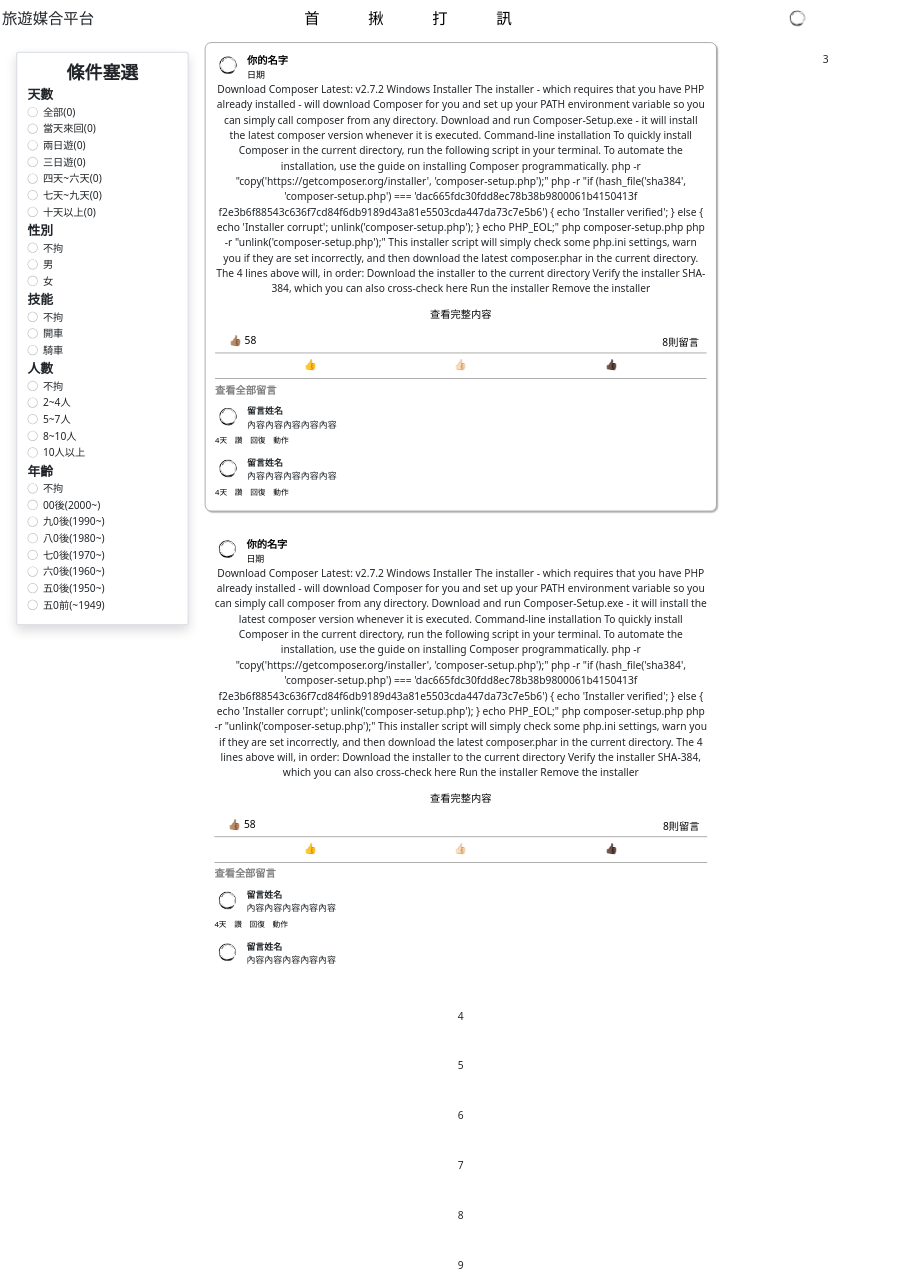
Repository: yuchiyang123/index_view
Page: http://localhost/
The author's editor kept a copy of each file at every save. The page is drawn from the files as they stood at one save, then again after the next save.
The browser window is 1280 px wide. The page is 1440 px wide, so the pictures cover 1440 px, including what lies to the right of the window. The pictures show the whole page, at 64% of full size.
The page is run by PHP 8.4 with error messages shown; the project is at /var/www/html/.

Above is the page before, as saved 2024-03-28 10:30:35.

After the next save:
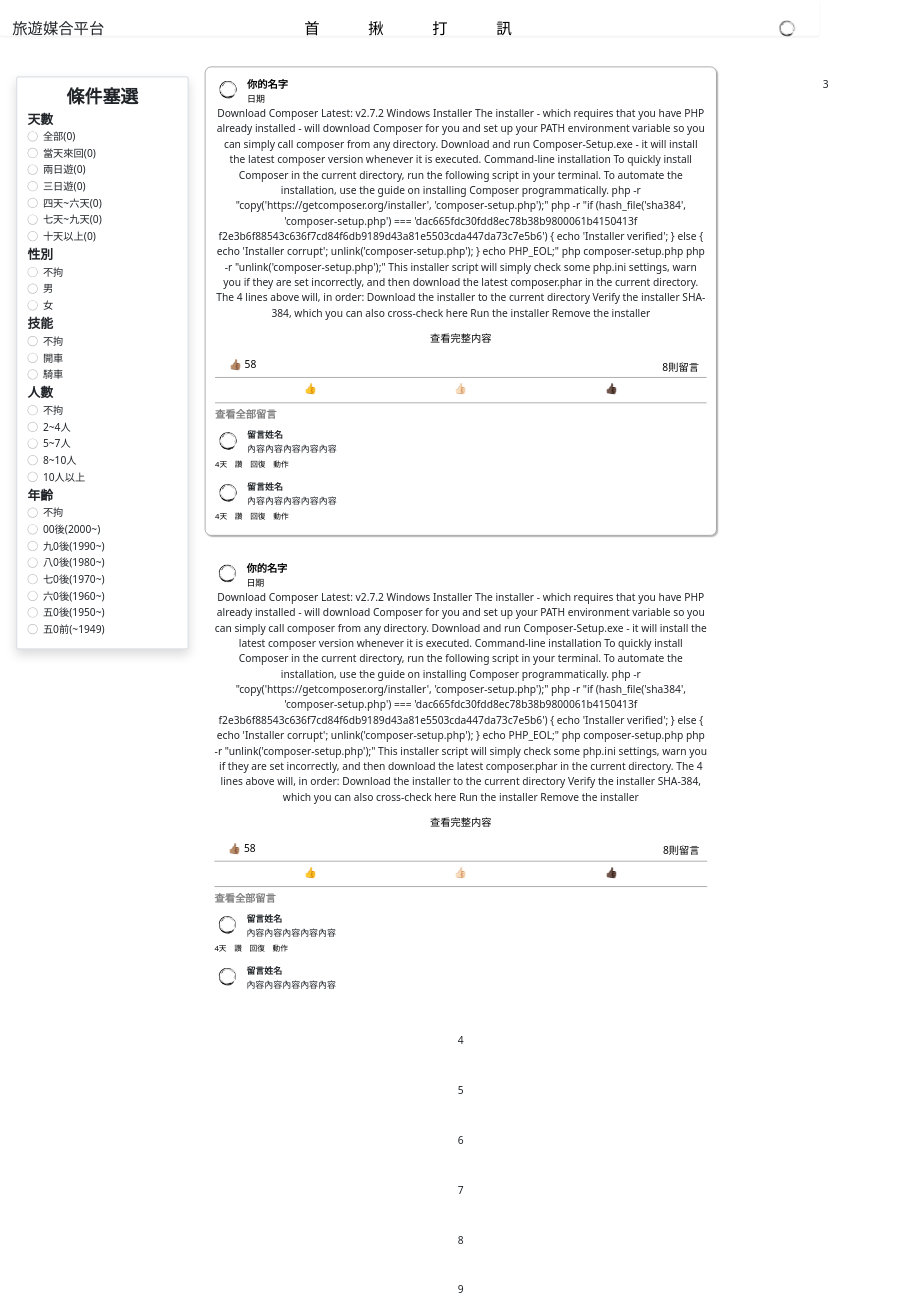
Saved 39 min 4 s later.
--- a/header.php
+++ b/header.php
@@ -48,7 +48,7 @@
 }
 
 </style>
-<header class="header">
+<header class="header shadow-sm p-3 mb-5 bg-body rounded">
     <div >
         <div class="headerdiv">
             <div class="headerlogomargin">

After the save that followed:
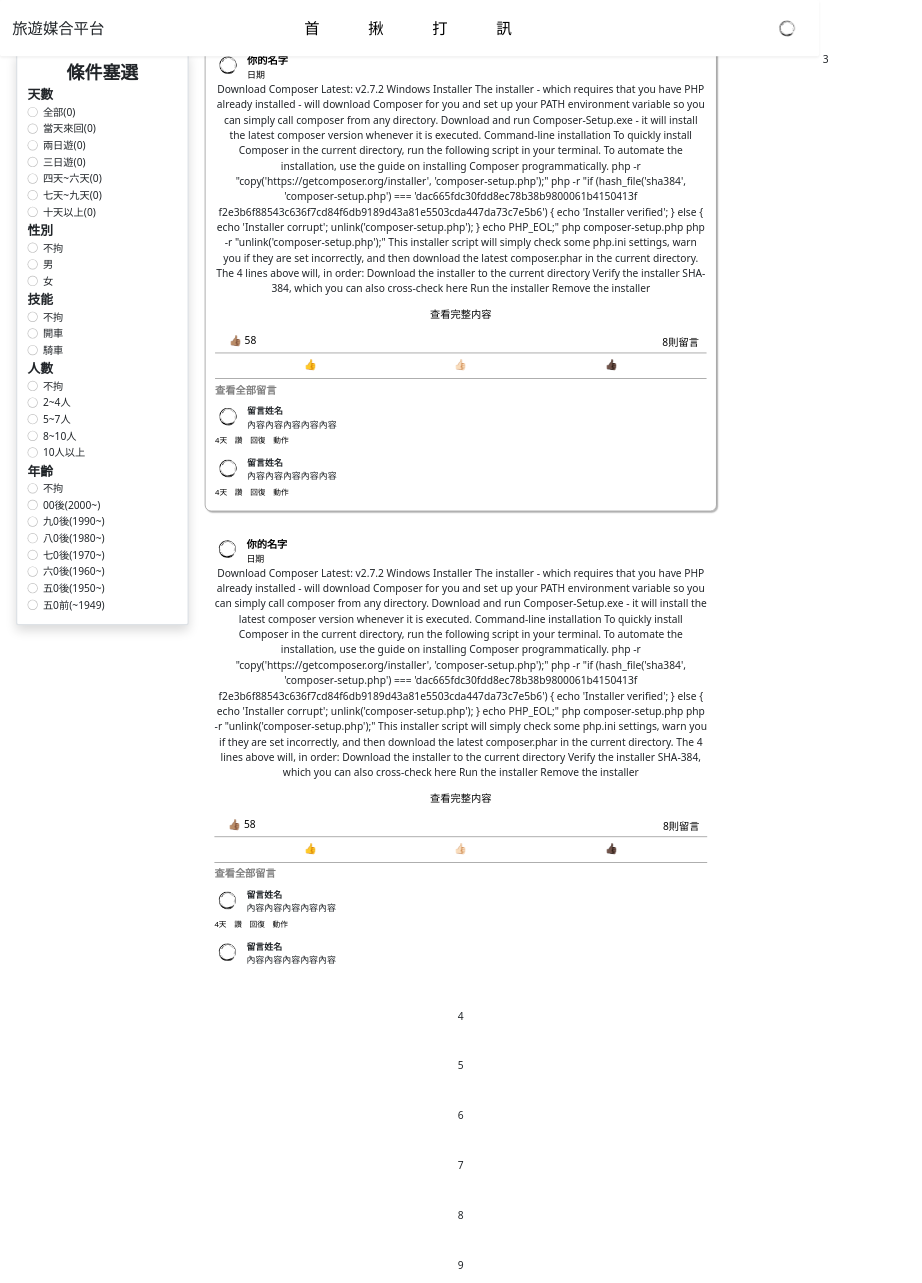
Saved 15 s later.
--- a/header.php
+++ b/header.php
@@ -48,9 +48,9 @@
 }
 
 </style>
-<header class="header shadow-sm p-3 mb-5 bg-body rounded">
+<header class="header">
     <div >
-        <div class="headerdiv">
+        <div class="headerdiv shadow-sm p-3 mb-5 bg-body rounded">
             <div class="headerlogomargin">
                 旅遊媒合平台
             </div>
